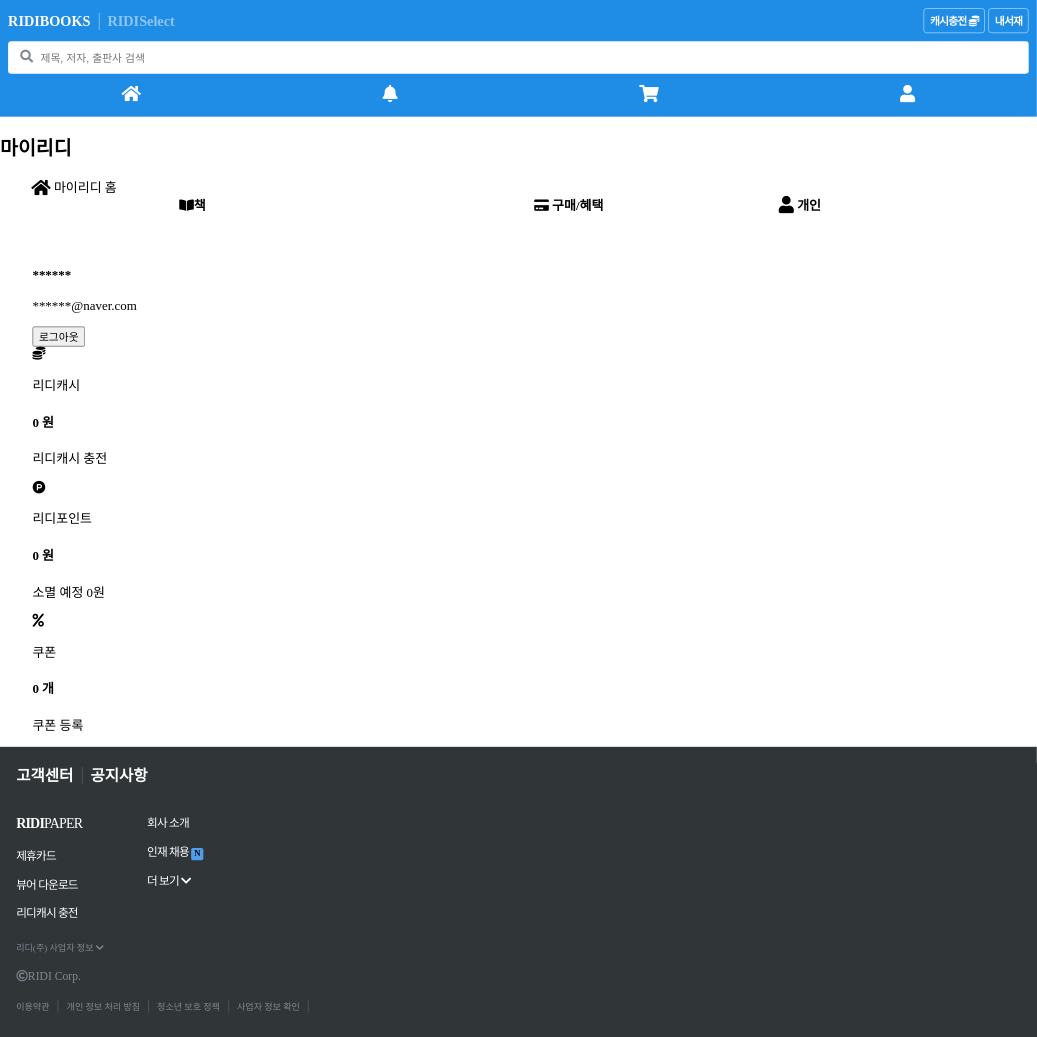
Repository: mega-teamproject/teamproject1
Page: html/myridi.html
These files come from the project's save history. The page is drawn as it stood at one moment and after the next save; the edit follows.
The browser window is 1280 px wide. The pictures show the whole page, at 81% of full size.

Above is the page before, as saved 2022-01-05 00:26:41.

### html/myridi.html
<!DOCTYPE html>
<html lang="ko">
  <head>
    <meta charset="UTF-8" />
    <meta http-equiv="X-UA-Compatible" content="IE=edge" />
    <meta name="viewport" content="width=device-width, initial-scale=1.0" />
    <title>마이리디</title>
    <link rel="stylesheet" href="../css/myridi.css" />
    <link
      rel="stylesheet"
      href="https://use.fontawesome.com/releases/v5.15.4/css/all.css"
      integrity="sha384-DyZ88mC6Up2uqS4h/KRgHuoeGwBcD4Ng9SiP4dIRy0EXTlnuz47vAwmeGwVChigm"
      crossorigin="anonymous"
    />
  </head>
  <body>
    <div class="container">
        <div class="header">
          <header>
            <div class="search">
              <a href="index.html"><h1>RIDIBOOKS</h1></a>
              <a href="https://select.ridibooks.com/home"><h1 id="opacity">RIDISelect</h1></a>
            </div>
            <div class="joinLogin">
              <button class="borderBtn btn" onclick="location.href='join1.html'">
                캐시충전
                <i class="fas fa-coins"></i>
              </button>
              <button class="borderBtn btn" onclick="location.href='login.html'">
                내서재
              </button>
            </div>
          </header>
          <div class="relative">
            <input type="text" placeholder="제목, 저자, 출판사 검색" />
            <span><i class="fas fa-search"></i> </span>
          </div>
          <nav>
            <ul>
              <li>
                <a href="index.html"><i class="fas fa-home fa-lg"></i></a>
              </li>
              <li>
                <a href="alarm.html"><i class="fas fa-bell fa-lg"></i></a>
              </li>
              <li>
                <a href="cart.html"><i class="fas fa-shopping-cart fa-lg"></i></a>
              </li>
              <li>
                <a href="myridi.html"><i class="fas fa-user fa-lg"></i></a>
              </li>
            </ul>
          </nav>
        </div>
        <div class="body">
          <div class="sidebar">
            <nav>
              <h2>마이리디</h2>
              <ul>
                <li>
                  <i class="fas fa-home fa-lg"></i>
                  <span> 마이리디 홈</span>
                </li>
                <li>
                  <h4><i class="fas fa-book-open"></i>책</h4>
                  <ul>
                    <li><a href="#"> 선호작품</a></li>
                    <li><a href="#"> 최근 조회한 작품</a></li>
                    <li><a href="#"> 위시리스트</a></li>
                    <li><a href="#"> 독서노트</a></li>
                    <li><a href="#"> 신간알림</a></li>
                    <li></li>
                  </ul>
                </li>
                <li>
                  <h4><i class="fas fa-credit-card"></i> 구매/혜택</h4>
                  <ul>
                    <li><a href="#">결제 내역</a></li>
                    <li><a href="#">리디캐시</a></li>
                    <li><a href="#">리디포인트</a></li>
                    <li><a href="#">쿠폰</a></li>
                  </ul>
                </li>
                <li>
                  <h4><i class="fas fa-user fa-lg"></i> 개인</h4>
                  <ul>
                    <li><a href="#">1:1 문의</a></li>
                    <li><a href="#">내 기기 관리</a></li>
                    <li><a href="#">내 리뷰 관리</a></li>
                    <li><a href="#">정보 변경</a></li>
                  </ul>
                </li>
              </ul>
            </nav>
          </div>
          <div class="section">
            <section>
              <div class="my-ridi">
                <ul>
                  <li>
                    <h4>******</h4>
                    <p>******@naver.com</p>
                    <button>로그아웃</button>
                  </li>
                  <li>
                    <i class="fas fa-coins"></i>
                    <p>리디캐시</p>
                    <h4>0 <span> 원</span></h4>
                    <p>리디캐시 충전 </p>
                  </li>
                  <li>
                    <i class="fab fa-product-hunt"></i>
                    <p>리디포인트</p>
                    <h4>0 <span> 원</span></h4>
                    <p>소멸 예정 0원</p>
                  </li>
                  <li>
                    <i class="fas fa-percent"></i>
                    <p>쿠폰</p>
                    <h4>0 <span> 개</span></h4>
                    <p>쿠폰 등록 </p>
                  </li>
                </ul>
              </div>
                <div class="visited">

                </div>
            </section>
          </div>
        </div>

        <div class="footer">
            <footer>
              <div class="footer-menu1">
                <a href=""><span class="borderR">고객센터</span></a>
                <a href=""><span>공지사항</span></a>
              </div>
              <div class="footer-menu2">
                <div class="footer-wrapper1">
                  <a href="https://paper.ridibooks.com/"><p class="bigFont"><strong>RIDI</strong>PAPER</p></a>
                  <a href="#"><p>제휴카드</p></a>
                  <a href="#"><p>뷰어 다운로드</p></a>
                  <a href="https://ridibooks.com/order/checkout/cash"><p>리디캐시 충전</p></a>
                </div>
                <div class="footer-wrapper2">
                  <a href="https://www.ridicorp.com/"><p>회사 소개</p></a>
                  <a href="https://www.ridicorp.com/career/"><p>인재 채용 <span class="blue-bg">N</span></p></a>
                  <a href="#"><p>더 보기 <i class="fas fa-chevron-down"></i></p></a>
                  <a href="https://help.ridibooks.com/hc/ko/articles/360046896553"><p class="invisible">콘텐츠 제공문의</p></a>
                  <a href="https://cp.ridibooks.com/cp/login"><p class="invisible">CP 사이트</p></a>
                  <a href="mailto:biz@ridi.com"><p class="invisible">사업 제휴 문의</p></a>
                  <a href="https://help.ridibooks.com/hc/ko/articles/360058140713-RIDI-Biz-%ED%98%91%EC%97%85-%EB%AC%B8%EC%9D%98"><p class="invisible">리디셀렉트 B2B</p></a>
                </div>
              </div>
              <div class="footer-info fontColor">
                <a href="#"><p>리디(주) 사업자 정보 <i class="fas fa-chevron-down"></i></p></a>
                <p class="invisible">대표자 배기식 | 사업자 등록번호 120-87-27435</p>
                <p class="invisible">통신판매업 신고번호 제 2009-서울강남 35-02139호</p>
                <p class="invisible">이메일 help@ridi.com | 대표전화 1644-0331</p>
                <p class="invisible">주소 서울시 강남구 역삼동 702-28 어반벤치빌딩 10층(테헤란로 325)</p>
              </div>
              <div class="fontColor copyright"><i class="far fa-copyright"></i>RIDI Corp.</div>
              <div class="footer-terms fontColor">
                <a href="https://policy.ridi.com/legal/terms/"><p class="paddingL">이용약관</p></a>
                <a href="https://policy.ridi.com/legal/privacy/"><p>개인 정보 처리 방침</p></a>
                <a href="https://policy.ridi.com/legal/youth/"><p>청소년 보호 정책</p></a>
                <a href="https://ftc.go.kr/www/bizCommList.do?key=232"><p>사업자 정보 확인</p></a>
              </div>
            </footer>
          </div>
  </body>
</html>

### css/myridi.css
* {
  box-sizing: border-box;
  /* 일반로맨스판타지만화BL hover color #0077D9 */
}

body {
  margin: 0;
}

a {
  text-decoration: none;
}

.header {
  background-color: #1f8ce6;
}

header {
  display: flex;
  justify-content: space-between;
  align-items: center;
}

.search {
  display: flex;
  margin-left: 10px;
}

.search h1 {
  color: white;
  font-size: 1.1em;
  margin-right: 10px;
  margin-bottom: 0;
}

.search h1#opacity {
  opacity: 0.5;
  border-left: 1px solid;
  padding-left: 10px;
}

.joinLogin {
  margin-right: 10px;
  margin-top: 10px;
}

.joinLogin button.btn {
  border-radius: 4px;
  padding: 5px 7px;
  letter-spacing: -1px;
  font-weight: bold;
  cursor: pointer;
}

.joinLogin button.borderBtn {
  background-color: transparent;
  color: white;
  border: 1px solid #99d1ff;
}

.relative input {
  width: 100%;
  height: 40px;
  margin-top: 10px;
  border-radius: 4px;
  border: none;
  padding-left: 40px;
}
.relative input:focus {
  outline: none;
}

.relative {
  position: relative;
  margin: 0 10px;
}

.relative span {
  color: #808991;
  position: absolute;
  top: 20px;
  left: 15px;
}

.header nav {
  padding: 1px;
}

nav ul {
  padding-left: 0;
  display: flex;
  justify-content: space-around;
}

ul li {
  list-style: none;
}

ul li a {
  text-decoration: none;
  color: white;
}

.alarm {
  width: 100%;
  height: 780px;
  margin: 0 auto;
  text-align: center;
  padding-top: 300px;
}

.alarm i {
  color: #eee;
  margin-bottom: 10px;
}

.alarm p {
  color: #808991;
  font-size: 0.9em;
  letter-spacing: -1px;
}

.footer {
  background: #303538;
  color: white;
}

footer a {
  text-decoration: none;
  color: white;
}

footer p.invisible {
  display: none;
}

footer .footer-menu1 {
  display: flex;
  justify-content: left;
  padding: 20px 10px;
  padding-bottom: 0;
}

footer .footer-menu1 a {
  margin: 0 10px;
  font-size: 1.2em;
  font-weight: bold;
}

footer .footer-menu1 a:first-child {
  margin-right: 0;
}

footer .footer-menu1 a span.borderR {
  border-right: 1px solid #525a61;
  padding-right: 10px;
}

footer .footer-menu2 {
  display: flex;
  padding: 20px;
  font-size: 0.9em;
  letter-spacing: -1px;
  padding-bottom: 0;
}

footer .footer-menu2 .footer-wrapper1 {
  margin-right: 40px;
}

footer .footer-menu2 .footer-wrapper1 p.bigFont {
  font-size: 1.2em;
}

footer .footer-menu2 .footer-wrapper2 {
  margin-left: 40px;
}

footer .footer-menu2 .footer-wrapper2 span.blue-bg {
  background-color: #509deb;
  border-radius: 2px;
  display: inline-block;
  width: 15px;
  height: 15px;
  text-align: center;
  color: black;
  font-weight: bold;
  font-size: 0.75em;
}

footer .fontColor {
  color: #808991;
  padding: 10px;
  padding-left: 20px;
}

footer .copyright {
  font-size: 0.9em;
}

footer .fontColor p {
  color: #808991;
  font-size: 0.7em;
  margin: 0;
}

footer .footer-terms {
  display: flex;
  padding-bottom: 30px;
}

footer .footer-terms a p {
  border-right: 1px solid #525a61;
  padding: 0 10px;
}

footer .footer-terms a p.paddingL {
  padding-left: 0;
}

After the next save:
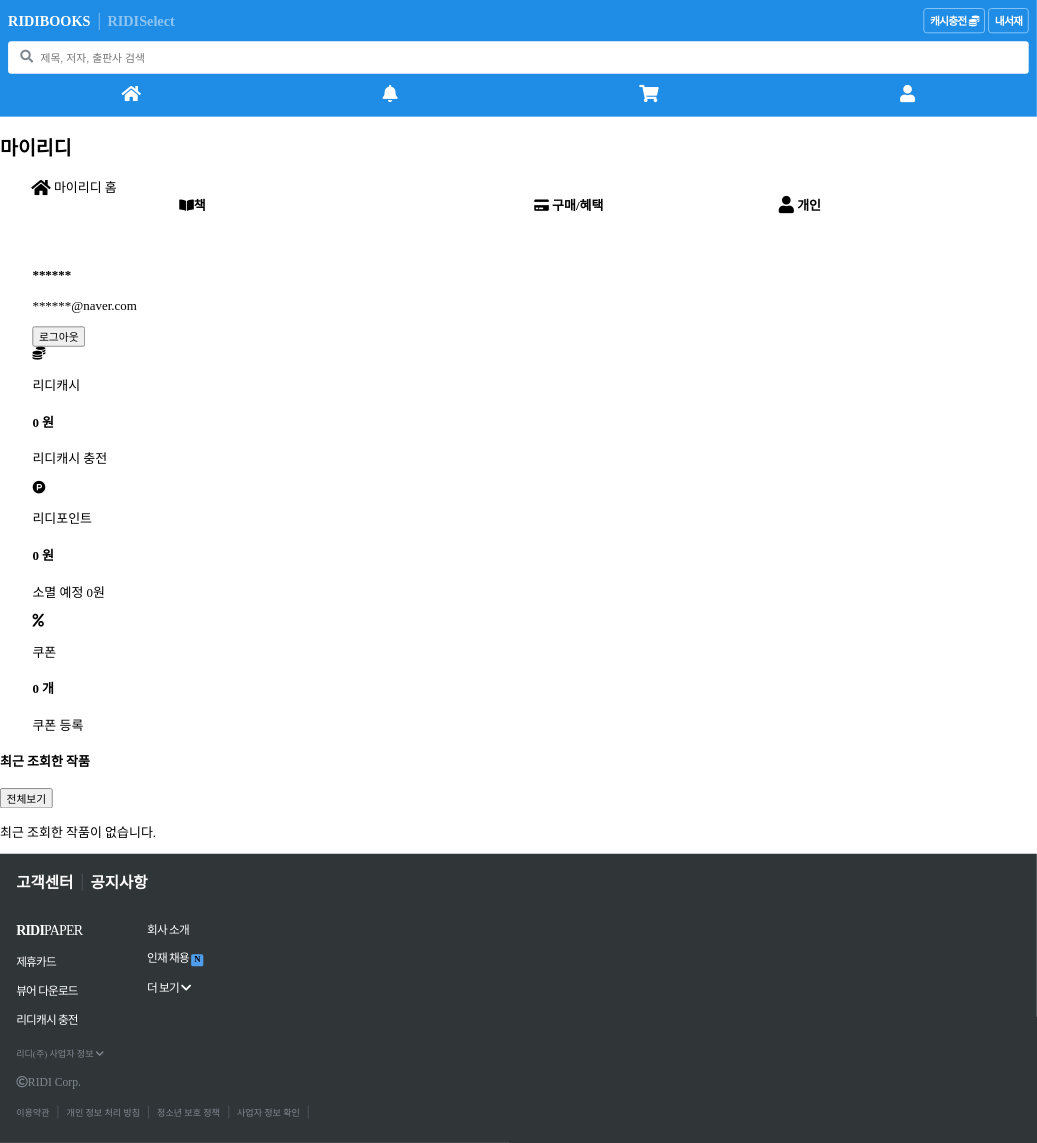
Saved 2 min 12 s later.
--- a/html/myridi.html
+++ b/html/myridi.html
@@ -123,7 +123,13 @@
                 </ul>
               </div>
                 <div class="visited">
-
+                  <div class="visited-header">
+                    <h4>최근 조회한 작품</h4>
+                    <button type="button">전체보기</button>
+                  </div>
+                  <div class="visited-contents">
+                    <p>최근 조회한 작품이 없습니다.</p>
+                  </div>
                 </div>
             </section>
           </div>
